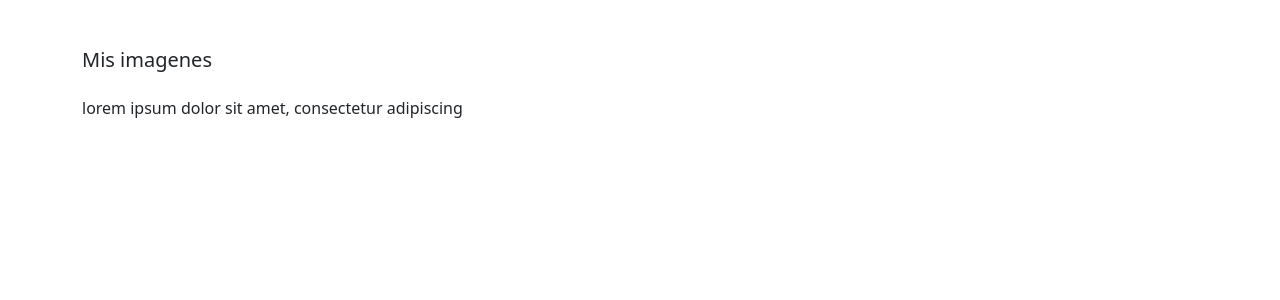
Repository: Davic1o/Fiebaseapp
Page: /
The author's editor kept a copy of each file at every save. The page is drawn from the files as they stood at one save, then again after the next save.
The browser window is 1280 px wide. The pictures show the whole page.
The project was rebuilt for these pictures with package versions that can differ from the ones it lists, and the page was loaded fresh each time. The framework's server and built-in components were replaced by stand-ins that run in the browser. Also part of the build but not shown: next.config.js.

Above is the page before, as saved 2022-07-28 09:14:11.

After the next save:
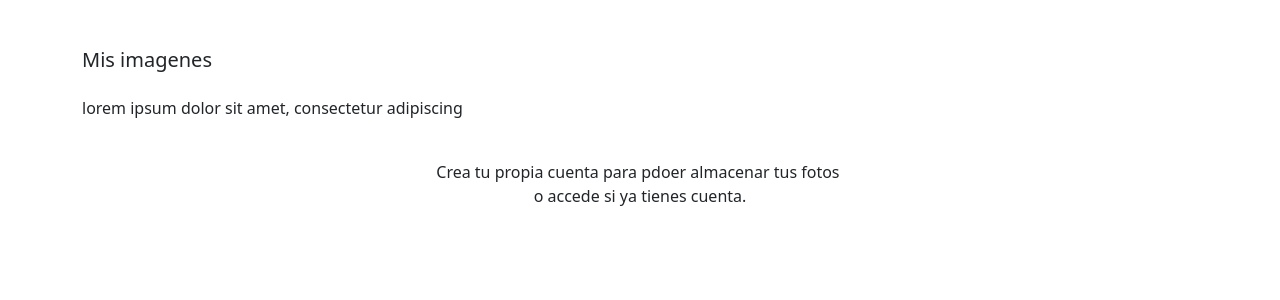
Saved 2 min 31 s later.
--- a/pages/index.js
+++ b/pages/index.js
@@ -29,8 +29,12 @@ export default function Home(){
       <p>
         lorem ipsum dolor sit amet, consectetur adipiscing
       </p>
+      <br />
 
-      <br />
+      <CardText style={{ textAlign: 'center', whiteSpace: 'pre-wrap' }}>
+        {`Crea tu propia cuenta para pdoer almacenar tus fotos \no accede si ya tienes cuenta.`}
+
+      </CardText>
     </Container>
 
   </>
